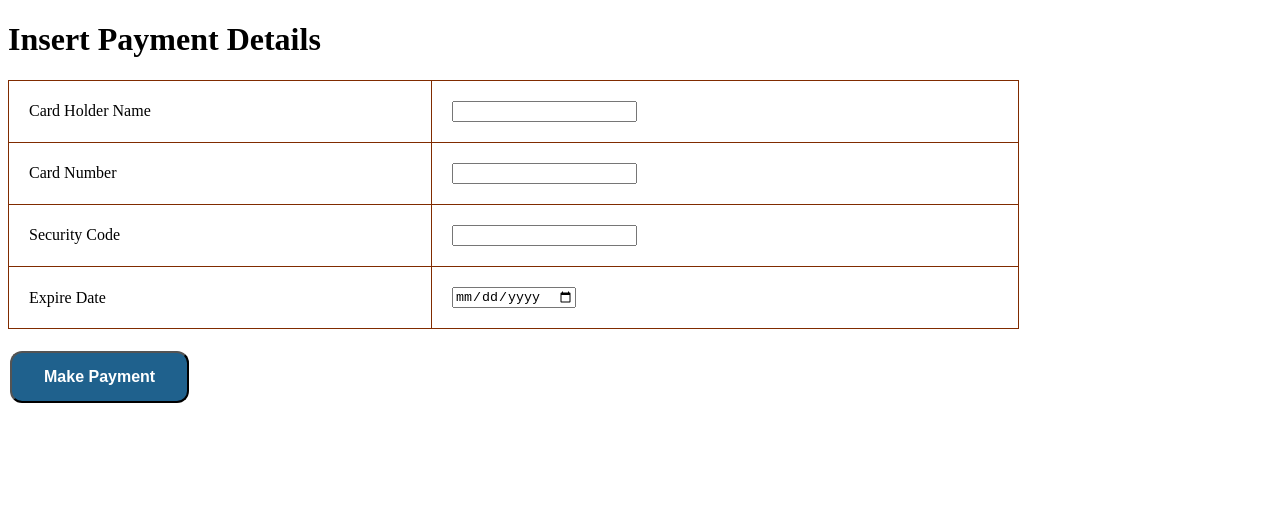
Repository: sandeepa9803/OOP---Online-Travel-web-application
Page: http://localhost/PaymentNew/PaymentInsert.jsp
These files come from the project's save history. The page is drawn as it stood at one moment and after the next save; the edit follows.
The browser window is 1280 px wide. The pictures show the whole page.
Some web fonts or font styles are not loaded; a fallback is used. The page is served by Tomcat 9.

Above is the page before, as saved 2021-10-11 18:19:46.

After the next save:
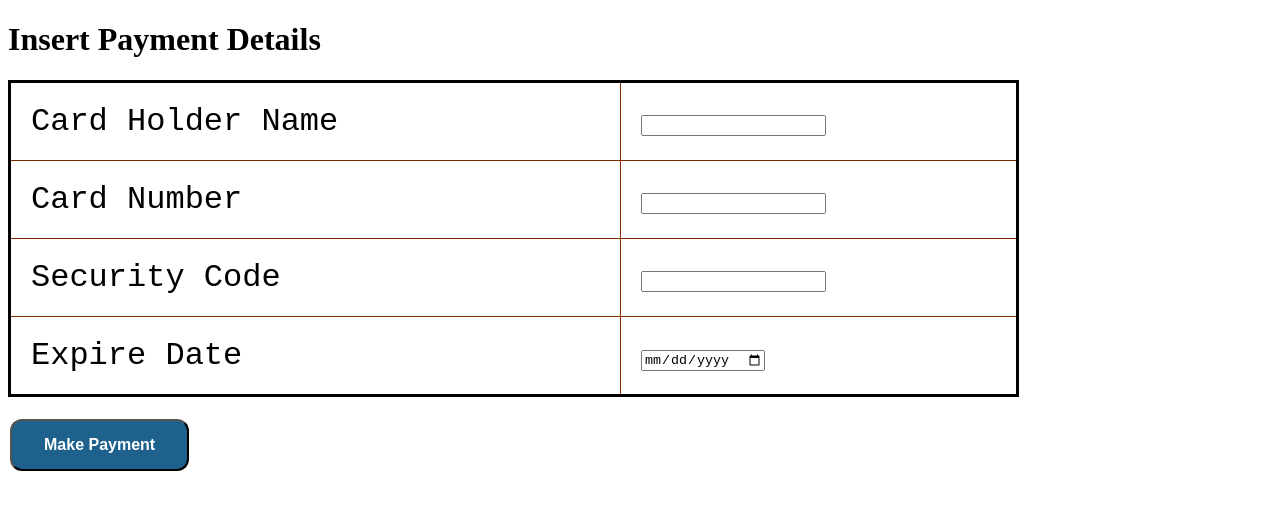
Saved 60 s later.
--- a/PaymentNew/WebContent/PaymentInsert.jsp
+++ b/PaymentNew/WebContent/PaymentInsert.jsp
@@ -16,6 +16,9 @@ table, td, th {
 table {
   border-collapse: collapse;
   width: 80%;
+  border:solid black ;
+   font-family:"Courier New", Courier, monospace;
+    font-size:200%;
 }
 
 th, td {
@@ -38,15 +41,8 @@ th, td {
   border-radius:12px;
 
 
-  h1{font-family: 'Quicksand';font-size: 50px;
+ h1   {font-family: 'Quicksand';font-size: 50px;
   }
-
-  table{
-   border:solid black ;
-   font-family:"Courier New", Courier, monospace;
-    font-size:200%;
-
-}
 
 
 
